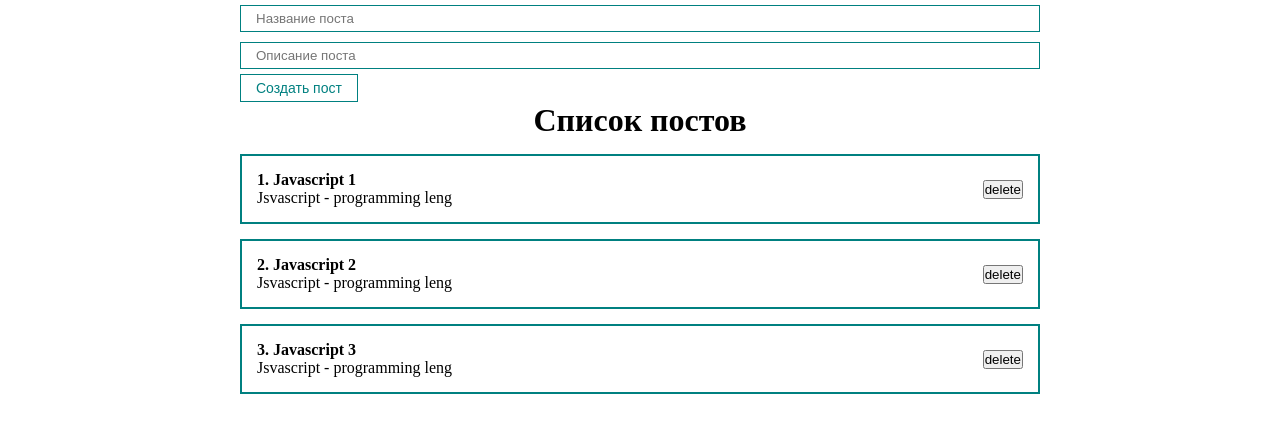
Repository: tsydikov/reactTodo
Page: /
An editor plug-in stored every save of this project. The page is shown before and after the next save, followed by the edit.
The browser window is 1280 px wide. The pictures show the whole page.
The project was rebuilt for these pictures with package versions that can differ from the ones it lists, and the page was loaded fresh each time.

Above is the page before, as saved 2021-08-29 14:01:55.

After the next save:
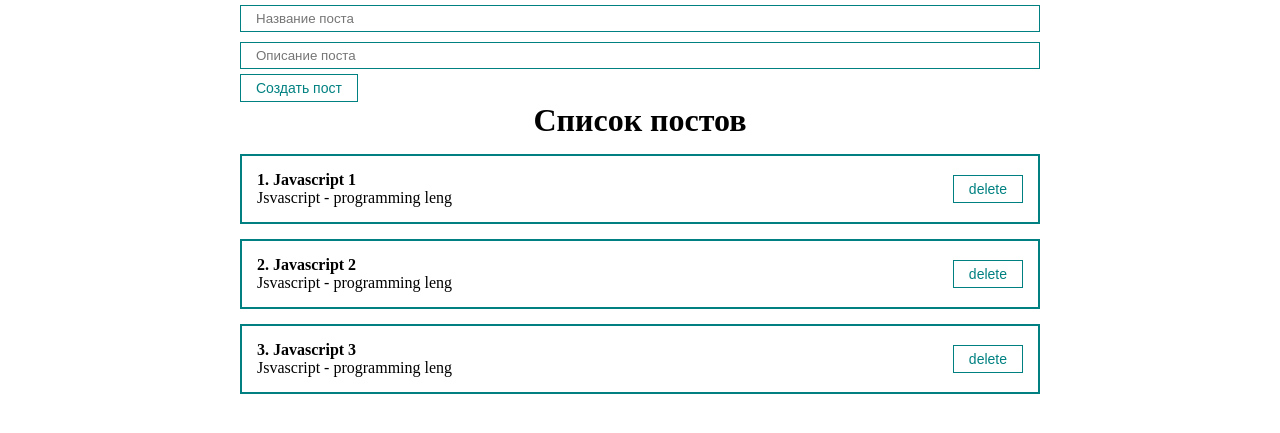
Saved 66 s later.
--- a/src/components/PostItem.jsx
+++ b/src/components/PostItem.jsx
@@ -1,4 +1,5 @@
 import React from "react";
+import MyButton from "../UI/button/MyButton";
 
 const PostItem = (props) => {
     return (
@@ -10,7 +11,7 @@ const PostItem = (props) => {
                 </div>
             </div>
             <div className="post__btn">
-                <button>delete</button>
+                <MyButton>delete</MyButton>
             </div>
         </div>
     )
